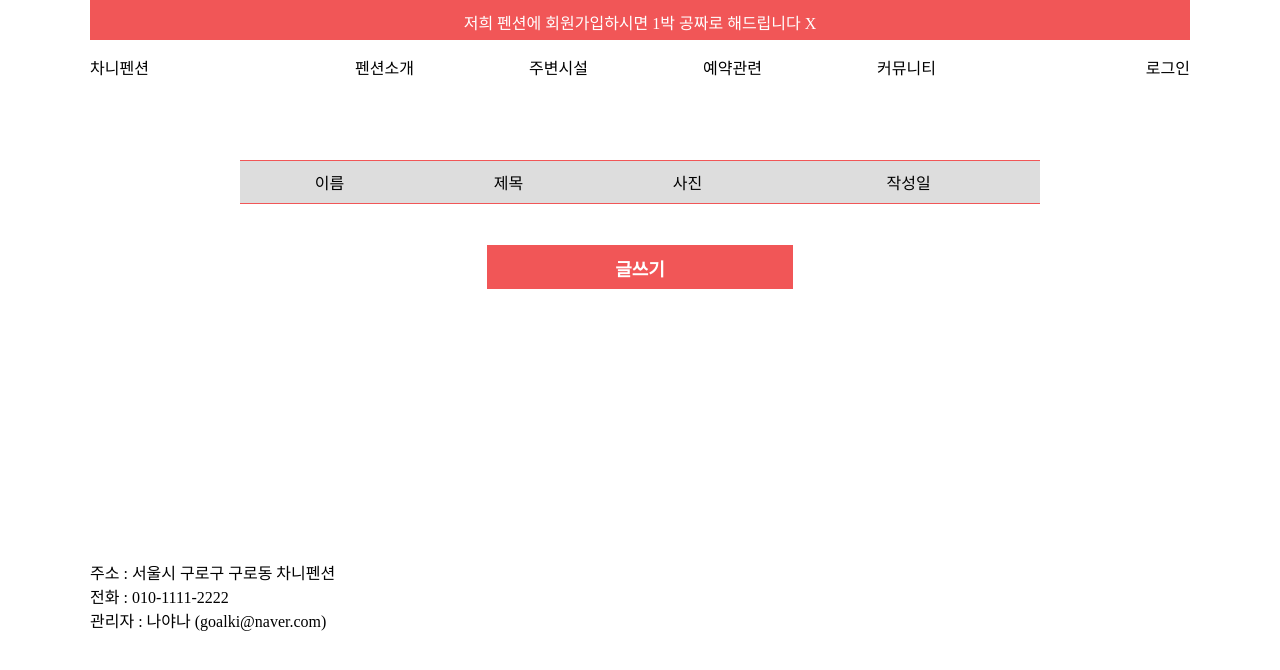
Repository: goalki/pension
Page: http://localhost/pension/tour/list.jsp
The author's editor kept a copy of each file at every save. The page is drawn from the files as they stood at one save, then again after the next save.
The browser window is 1280 px wide. The pictures show the whole page.
The page is served by Tomcat 9. Other server files are loaded and not shown. Queries for data that is not in the repository find no rows.

Above is the page before, as saved 2021-01-21 05:52:09.

### pension/WebContent/tour/list.jsp
<%@ page language="java" contentType="text/html; charset=UTF-8"
    pageEncoding="UTF-8"%>
<%@page import="java.sql.*" %>
<%@page import="pension.dto.TourDto" %>
<%@page import="pension.dao.Dao" %>
<%@page import="java.util.ArrayList" %>
<%@ taglib prefix="c" uri="http://java.sun.com/jsp/jstl/core" %>

<%
   Dao dao=new Dao();
   ArrayList<TourDto> list=dao.tour_list();
   pageContext.setAttribute("list", list);
   //out.print(list.size());
%>
<%@ include file="../top.jsp" %>


 <style>
  #section {
    width:1100px;
    height:400px;
    margin:auto;
    text-align:center;

    margin-top:60px;
  }
  #section tr:first-child {
    background:#dddddd;
  }
  #section td {
    height:40px;
    border:1px solid #f15657;
    border-left:none;
    border-right:none;
    border-bottom:none;
  }
  #section #link {
    margin-top:40px;
    display:inline-block;
    width:306px;
    height:34px;
    background:#f15657;
    color:white;
    font-size:18px;
    font-weight:900;
    padding-top:10px;
  }
 </style>
 <div id="section">
   <!-- 레코드 내용 출력 -->
   <table width="800" align="center" cellspacing="0">
     <tr>
       <td> 이름 </td>
       <td> 제목 </td>
       <td> 사진 </td>
       <td> 작성일 </td>
     </tr>
    <c:forEach var="tdto" items="${list}">
     <tr>
       <td> ${tdto.name} </td>
       <td> <a href="content.jsp?id=${tdto.id}"> ${tdto.title} </a> </td>
       <td> <img src="img/${tdto.fname}" width="50"> </td>
       <td> ${tdto.writeday}  </td>
     </tr>
     </c:forEach>
     <tr height="50">
      <td colspan="4" align="center"> <a href="write.jsp" id="link"> 글쓰기 </a> </td>
     </tr>
   </table>
 </div>

<%@ include file="../bottom.jsp" %>

### pension/WebContent/top.jsp
<%@ page language="java" contentType="text/html; charset=UTF-8"
    pageEncoding="UTF-8"%>
<%@ taglib prefix="c" uri="http://java.sun.com/jsp/jstl/core" %>

<!DOCTYPE html>
<html>       <!-- index.jsp -->
<head>
<meta charset="UTF-8">
<title>Insert title here</title>
  <style>
    body {
      margin:0px;
    }
    a {
      text-decoration:none;
      color:black;
    }
    a:hover {
      color:blue;
    }
    #first {  /* 광고관련 1층 */
      width:1100px;
      height:30px;
      margin:auto;
      background:#f15657;
      text-align:center;
      padding-top:10px;
      color:white;
    }
    #second {  /* 로고, 메뉴 2층 */
      width:1100px;
      height:60px;
      margin:auto;
    }
    #second #left {
      padding-top:15px;
      width:100px;
      float:left;
    }
    #second #right {
      padding-top:15px;
      width:1000px;
      float:right;
      text-align:right;
    }
    #second #right #menu {
      display:inline-block;
      width:170px;
      height:30px; /* 주메뉴의 높이를 줘야 됩니다 */
      position:relative;
    }
    #second #right #menu:last-child {
      width:250px;
    }
    #second #right #menu .sub {
      position:absolute;
      width:120px;
      left:88px;
      top:10px;
      background:white;
      padding-left:0px;
      visibility:hidden;
      padding-top:10px;

    }
    #second #right #menu .sub li {
      list-style-type:none;
      text-align:center; /* 서브메뉴의 글자 중앙 */
    }


  </style>
    <script src="http://code.jquery.com/jquery-latest.js"></script>
  <script>
    function view_sub(n)
    {
    	document.getElementsByClassName("sub")[n].style.visibility="visible";
    }
    function hide_sub(n)
    {
    	document.getElementsByClassName("sub")[n].style.visibility="hidden";
    }

    $(function()
    {
    	$("#ff").click(function()
    	{
    		$("#first").slideUp();

    	});
    });
  </script>
</head>
<body>
  <div id="first">
     저희 펜션에 회원가입하시면  1박 공짜로 해드립니다
   <span id="ff"  style="cursor:pointer"> X </span>
  </div>
  <div id="second">
     <div id="left"> <a href="../main/index.jsp"> 차니펜션 </a></div>
     <div id="right">
        <span id="menu" onmouseenter="view_sub(0)" onmouseleave="hide_sub(0)"> 펜션소개
        <!-- 부메뉴 -->
           <ul class="sub">
            <li> <a href="../sogae/sogae.jsp"> 우리펜션 </a> </li>
            <li> 오시는길 </li>
           </ul>
        </span>
        <span id="menu" onmouseenter="view_sub(1)" onmouseleave="hide_sub(1)"> 주변시설
        <!-- 부메뉴 -->
           <ul class="sub">
            <li> 만리포 </li>
            <li> 연포</li>
            <li> 채석정 </li>
           </ul>
        </span>
        <span id="menu" onmouseenter="view_sub(2)" onmouseleave="hide_sub(2)"> 예약관련
         <!-- 부메뉴 -->
           <ul class="sub">
            <li>  예약 규정 </a> </li>
            <li> <a href="../reserve/reserve.jsp"> 실시간 예약 </a> </li>
           </ul>
        </span>
        <span id="menu" onmouseenter="view_sub(3)" onmouseleave="hide_sub(3)"> 커뮤니티
        <!-- 부메뉴 -->
           <ul class="sub">
            <li> <a href="../tour/list.jsp"> 여행 후기  </a></li>
            <li> 자유게시판 </li>
           </ul>
        </span>
        <span id="menu">
          <!-- 로그인 전 -->
          <c:if test="${userid == null}">
           <a href="../login/login.jsp"> 로그인 </a>
          </c:if>
          <!-- 관리자 로그인 한 경우 -->
          <c:if test="${userid == 'admin'}">
           <a href="../admin/reserve_view.jsp"> 예약관리  </a> /
           <a href="../admin/member_view.jsp"> 회원관리 </a> /
           <a href="../login/logout.jsp"> 로그아웃 </a>
          </c:if>
          <!--  로그인 한 후 -->
          <c:if test="${userid != null and userid != 'admin'}">
            ${name}님!! <a href="../mypage/mypage.jsp"> 내정보 </a>  <a href="../login/logout.jsp"> 로그아웃 </a>
          </c:if>

        </span>
    </div>
  </div>
  <!-- 여기까지 1층과 2층  top.jsp -->

### pension/WebContent/bottom.jsp
<%@ page language="java" contentType="text/html; charset=UTF-8"
    pageEncoding="UTF-8"%>
 <style>
 #fifth {     /* 펜션소개 5층 */
      width:1100px;
      height:100px;
      margin:auto;
    }
 </style>
<!-- 여기부터 5층 => bottom.jsp -->
  <div id="fifth">
    주소 : 서울시 구로구 구로동 차니펜션 <br>
    전화 : 010-1111-2222 <br>
    관리자 : 나야나  (goalki@naver.com) <br>
  </div>

</body>
</html>

### pension/src/pension/dao/Dao.java
package pension.dao;

import java.sql.*;
import java.time.LocalDate;
import java.util.ArrayList;

import com.oreilly.servlet.MultipartRequest;

import pension.dto.MemberDto;
import pension.dto.ReserveDto;
import pension.dto.RoomDto;
import pension.dto.TourDto;

public class Dao {

	String db="jdbc:mysql://localhost:3306/pension";
	String userid="root";
    String pw="1234";
    Connection conn;
	public Dao() throws ClassNotFoundException, SQLException
	{
		Class.forName("com.mysql.jdbc.Driver"); // 기능은 무조건 메소드내에서 실행
		conn=DriverManager.getConnection(db,userid,pw);
	}
	// room 테이블의 전체내용을 가져오기
    public ArrayList<RoomDto> get_room() throws SQLException
    {
    	String sql="select name,id from room order by price asc";
    	Statement stmt=conn.createStatement();
    	ResultSet rs=stmt.executeQuery(sql);
    	ArrayList<RoomDto> list=new ArrayList<RoomDto>();
    	while(rs.next())
    	{
    		RoomDto rdto=new RoomDto();
    		rdto.setId(rs.getInt("id"));
    		rdto.setName(rs.getString("name"));
    		list.add(rdto);
    	}
    	/*
    	String sql="select name from room order by price asc";
    	Statement stmt=conn.createStatement();
    	ResultSet rs=stmt.executeQuery(sql);
    	ArrayList<String> list=new ArrayList<String>();
    	while(rs.next())
    	{
    		list.add(rs.getString("name"));
    	}
    	*/
    	return list;
    }

    // 사용자가 선택한 방의 정보를 가져오기
    public RoomDto select_room(String id) throws SQLException
    {
    	String sql="select * from room where id="+id;
    	Statement stmt=conn.createStatement();
    	ResultSet rs=stmt.executeQuery(sql);
    	rs.next();
    	RoomDto rdto=new RoomDto();
    	rdto.setId(rs.getInt("id"));
    	rdto.setName(rs.getString("name"));
    	rdto.setMax(rs.getInt("max"));
    	rdto.setMin(rs.getInt("min"));
    	rdto.setPrice(rs.getInt("price"));

    	return rdto;
    }

    public void insert(ReserveDto rdto,String userid) throws SQLException // reserve테이블에 입력값을 넣기
    {
    	// 쿼리 생성
    	String outday="date_add('"+rdto.getInday()+"', interval "+rdto.getSuk()+" day)";
    	String sql="insert into reserve(rid,name,phone,inday,outday";
    	sql=sql+",inwon1,inwon2,inwon3,bbq,pork,suk_price,etc_price,tot_price,writeday,userid) ";
    	sql=sql+" values(?,?,?,?,"+outday+",?,?,?,?,?,?,?,?,now(),?)";

    	// date_add('2021-01-05',interval 숙박일 day);
    	PreparedStatement pstmt=conn.prepareStatement(sql);
    	pstmt.setInt(1, rdto.getRid());
    	pstmt.setString(2, rdto.getName());
    	pstmt.setString(3, rdto.getPhone());
    	pstmt.setString(4, rdto.getInday());
    	//pstmt.setString(5, outday);
    	pstmt.setInt(5, rdto.getInwon1());
    	pstmt.setInt(6, rdto.getInwon2());
    	pstmt.setInt(7, rdto.getInwon3());
    	pstmt.setInt(8, rdto.getBbq());
    	pstmt.setInt(9, rdto.getPork());
    	pstmt.setInt(10, rdto.getSuk_price());
    	pstmt.setInt(11, rdto.getEtc_price());
    	pstmt.setInt(12, rdto.getTot_price());
    	pstmt.setString(13, userid);
    	pstmt.executeUpdate();
    	//System.out.println(pstmt.toString());
    	conn.close();
    }

    public ReserveDto get_reserve(String userid) throws SQLException // 방금 예약한 정보를 가져오는 메소드(1개의 레코드)
    {
    	String sql="select * from reserve where userid='"+userid+"' order by id desc limit 1";
    	Statement stmt=conn.createStatement();
    	ResultSet rs=stmt.executeQuery(sql);
    	rs.next();
    	ReserveDto rdto=new ReserveDto();
    	rdto.setId(rs.getInt("id"));
    	rdto.setRid(rs.getInt("rid"));
    	rdto.setName(rs.getString("name"));
    	rdto.setPhone(rs.getString("phone"));
    	rdto.setInday(rs.getString("inday"));
    	rdto.setOutday(rs.getString("outday"));
    	rdto.setInwon1(rs.getInt("inwon1"));
    	rdto.setInwon2(rs.getInt("inwon2"));
    	rdto.setInwon3(rs.getInt("inwon3"));
    	rdto.setBbq(rs.getInt("bbq"));
    	rdto.setPork(rs.getInt("pork"));
    	rdto.setSuk_price(rs.getInt("suk_price"));
    	rdto.setEtc_price(rs.getInt("etc_price"));
    	rdto.setTot_price(rs.getInt("tot_price"));
    	rdto.setWriteday(rs.getString("writeday"));

    	// 방이름 가져오기
    	sql="select name from room where id="+rdto.getRid();
    	rs=stmt.executeQuery(sql);
    	rs.next();
    	rdto.setRoomname(rs.getString("name"));
    	return rdto;

    }

    public int room_state(String rid, String xday) throws SQLException// y-m-d형태의 값과 room의 id(rid)값을 받아서 예약이 되었는지를 int값으로 가져온다..
    {
    	String sql="select count(*) as cnt from reserve where inday <= ?  and outday > ? and rid=? ";
    	PreparedStatement pstmt=conn.prepareStatement(sql);
    	pstmt.setString(1, xday);
    	pstmt.setString(2, xday);
    	pstmt.setString(3, rid);
    	ResultSet rs=pstmt.executeQuery();
    	rs.next();

    	return rs.getInt("cnt");
    }

    public int suk_check(String y,String m, String d, String rid) throws SQLException
    {
        int yy=Integer.parseInt(y);
        int mm=Integer.parseInt(m);
        int dd=Integer.parseInt(d);
    	LocalDate inday=LocalDate.of(yy, mm, dd);
    	int chk=0;

    	for(int i=1;i<=8;i++)
    	{
    	  LocalDate xday=inday.plusDays(i);
    	  chk=i;
    	  String sql="select * from reserve where inday <= ? and outday > ? and rid=?";
    	  PreparedStatement pstmt=conn.prepareStatement(sql);
          pstmt.setString(1, xday.toString());
          pstmt.setString(2, xday.toString());
          pstmt.setString(3, rid);

    	  ResultSet rs=pstmt.executeQuery();
          if(rs.next())  // 레코드 있으면 true, 없으면 false
          {
        	break;// 멈춘다!!
          }

    	} // for문의 끝

    	return chk; // 몇박을 나타낼지!!
    }

    public void member_ok(MemberDto mdto) throws SQLException
    {
    	String sql="insert into member(name,userid,pwd,phone,writeday) ";
    	sql=sql+" values(?,?,?,?,now())";
    	PreparedStatement pstmt=conn.prepareStatement(sql);
        pstmt.setString(1, mdto.getName());
        pstmt.setString(2, mdto.getUserid());
        pstmt.setString(3, mdto.getPwd());
        pstmt.setString(4, mdto.getPhone());

        pstmt.executeUpdate();

        conn.close();

    }

    public boolean ismember(String userid, String pwd) throws SQLException // 회원인지 아닌지  true, false
    {
    	String sql="select * from member where userid=? and pwd=?";
    	PreparedStatement pstmt=conn.prepareStatement(sql);
    	pstmt.setString(1, userid);
    	pstmt.setString(2, pwd);

    	ResultSet rs=pstmt.executeQuery(); // 레코드가 있든지, 없든지

		/*
		 * if(rs.next()) return true; else return false;
		 */
    	return rs.next();
    }

    public int isuserid(String userid) throws SQLException
    {
    	String sql="select count(*) as num from member where userid='"+userid+"'";
    	Statement stmt=conn.createStatement();
    	ResultSet rs=stmt.executeQuery(sql);
    	rs.next();
    	// 아이디가 존재하면 1, 아니면 0
    	return rs.getInt("num");
    }

    public MemberDto mypage(String userid) throws SQLException
    {
    	String sql="select * from member where userid='"+userid+"'";
    	Statement stmt=conn.createStatement();
    	ResultSet rs=stmt.executeQuery(sql);
    	rs.next();
    	MemberDto mdto=new MemberDto();
    	mdto.setName(rs.getString("name"));
    	mdto.setPhone(rs.getString("phone"));

    	return mdto;
    }

    public ArrayList<ReserveDto> my_reserve(String userid) throws SQLException
    {
    	String sql="select r2.name,r1.inday,r1.outday,r1.bbq,r1.pork";
    	sql=sql+",r1.writeday from reserve as r1, room as r2 ";
    	sql=sql+" where r1.rid=r2.id and userid='"+userid+"'";
    	System.out.println(sql);
    	Statement stmt=conn.createStatement();
    	ResultSet rs=stmt.executeQuery(sql);
    	ArrayList<ReserveDto> list=new ArrayList<ReserveDto>();
    	while(rs.next())
    	{
    	  ReserveDto rdto=new ReserveDto();
    	  rdto.setRoomname(rs.getString("name"));
    	  rdto.setInday(rs.getString("inday"));
    	  rdto.setOutday(rs.getString("outday"));
       	  rdto.setBbq(rs.getInt("bbq"));
    	  rdto.setPork(rs.getInt("pork"));
    	  rdto.setWriteday(rs.getString("writeday"));

    	  list.add(rdto);
    	}

    	return list;
    }

    public String get_name(String userid) throws SQLException
    {
    	String sql="select name from member where userid='"+userid+"'";
    	Statement stmt=conn.createStatement();
    	ResultSet rs=stmt.executeQuery(sql);
    	rs.next();
    	return rs.getString("name");
    }

    // 아이디찾기
    public String userid_search(String name, String phone) throws SQLException
    {
    	String sql="select userid from member where name=? and phone=?";
    	PreparedStatement pstmt=conn.prepareStatement(sql);
    	pstmt.setString(1, name);
    	pstmt.setString(2, phone);
    	ResultSet rs=pstmt.executeQuery();
    	if(rs.next())
    	{
    		return rs.getString("userid");
    	}
    	else
    	{
    		return "0";
    	}

    }

    // 비밀번호 찾기
    public String pwd_search(String userid, String name, String phone) throws SQLException
    {
    	String sql="select pwd from member where name=? and phone=? and userid=?";
    	PreparedStatement pstmt=conn.prepareStatement(sql);
    	pstmt.setString(1, name);
    	pstmt.setString(2, phone);
    	pstmt.setString(3, userid);
    	ResultSet rs=pstmt.executeQuery();
    	if(rs.next())
    	{
    		return rs.getString("pwd");
    	}
    	else
    	{
    		return "0";
    	}
    }


    // 관리자가 reserve테이블에 읽어오기
    public ArrayList<ReserveDto> admin_reserve() throws SQLException
    {
    	String sql="select r1.name, r1.phone, r2.name as roomname,r1.inday,r1.outday,r1.bbq,r1.pork";
    	sql=sql+",r1.writeday from reserve as r1, room as r2 ";
    	sql=sql+" where r1.rid=r2.id order by r1.id desc";
    	//System.out.println(sql);
    	Statement stmt=conn.createStatement();
    	ResultSet rs=stmt.executeQuery(sql);
    	ArrayList<ReserveDto> list=new ArrayList<ReserveDto>();
    	while(rs.next())
    	{
    	  ReserveDto rdto=new ReserveDto();
    	  rdto.setName(rs.getString("name"));
    	  rdto.setPhone(rs.getString("phone"));
    	  rdto.setRoomname(rs.getString("roomname"));
    	  rdto.setInday(rs.getString("inday"));
    	  rdto.setOutday(rs.getString("outday"));
       	  rdto.setBbq(rs.getInt("bbq"));
    	  rdto.setPork(rs.getInt("pork"));
    	  rdto.setWriteday(rs.getString("writeday"));

    	  list.add(rdto);
    	}

    	return list;
    }

    public ArrayList<MemberDto> admin_member() throws SQLException
    {
    	String sql="select * from member where userid != 'admin' order by name asc";
    	Statement stmt=conn.createStatement();
    	ResultSet rs=stmt.executeQuery(sql);
    	ArrayList<MemberDto> list=new ArrayList<MemberDto>();
    	while(rs.next())
    	{
    	   	MemberDto mdto=new MemberDto();
    	   	mdto.setName(rs.getString("name"));
    	   	mdto.setUserid(rs.getString("userid"));
    	   	mdto.setPhone(rs.getString("phone"));
    	   	mdto.setWriteday(rs.getString("writeday"));
    	   	mdto.setState(rs.getInt("state"));

    	   	list.add(mdto);
    	}

    	return list;
    }

    public String get_name_phone(String userid) throws SQLException
    {
    	String sql="select name,phone from member where userid='"+userid+"'";
    	Statement stmt=conn.createStatement();
    	ResultSet rs=stmt.executeQuery(sql);
    	rs.next();
    	String np=rs.getString("name")+","+rs.getString("phone");
    	return np;
    }

    public void tour_write_ok(TourDto tdto) throws SQLException
    {
    	String sql="insert into tour(title,name,content,fname,writeday)";
        sql=sql+" values(?,?,?,?,now())";

		PreparedStatement pstmt=conn.prepareStatement(sql);
		pstmt.setString(1, tdto.getTitle());
		pstmt.setString(2, tdto.getName());
		pstmt.setString(3, tdto.getContent());
		pstmt.setString(4, tdto.getFname());

		pstmt.executeUpdate();

    }

    public ArrayList<TourDto> tour_list() throws SQLException
    {
        String sql="select * from tour order by id desc";
        Statement stmt=conn.createStatement();
        ResultSet rs=stmt.executeQuery(sql);

        ArrayList<TourDto> list=new ArrayList<TourDto>();
    	while(rs.next())
    	{
    	   	TourDto tdto=new TourDto();
    	   	tdto.setName(rs.getString("name"));
    	   	tdto.setTitle(rs.getString("title"));
    	   	tdto.setFname(rs.getString("fname"));
    	   	tdto.setWriteday(rs.getString("writeday"));
  	   	    tdto.setId(rs.getInt("id"));

    	   	list.add(tdto);
    	}
    	System.out.println(list.size());
    	return list;
    }

    public TourDto tour_content(String id) throws SQLException
    {
    	String sql="select * from tour where id="+id;
        Statement stmt=conn.createStatement();
        ResultSet rs=stmt.executeQuery(sql);
        rs.next();
    	TourDto tdto=new TourDto();
    	tdto.setName(rs.getString("name"));
    	tdto.setTitle(rs.getString("title"));
    	tdto.setFname(rs.getString("fname"));
    	tdto.setWriteday(rs.getString("writeday"));
  	   	tdto.setId(rs.getInt("id"));
  	   	tdto.setContent(rs.getString("content"));

    	return tdto;
    }
}

After the next save:
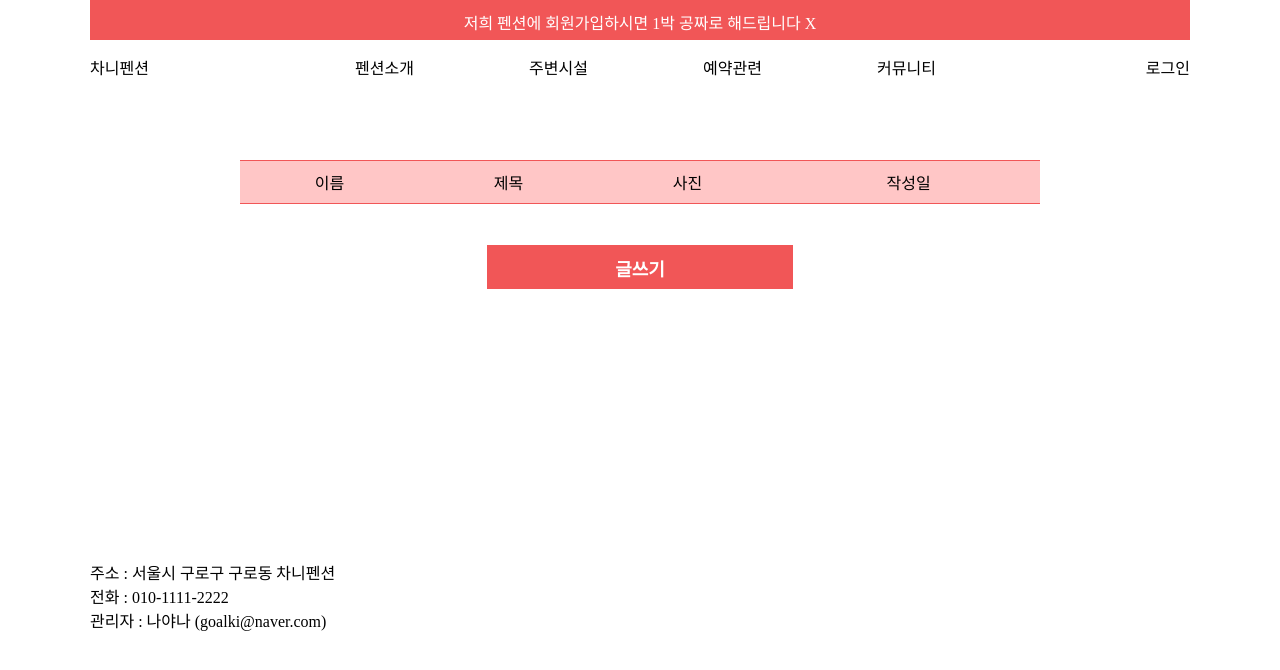
Saved 61 s later.
--- a/pension/WebContent/tour/list.jsp
+++ b/pension/WebContent/tour/list.jsp
@@ -25,7 +25,7 @@
     margin-top:60px;
   }
   #section tr:first-child {
-    background:#dddddd;
+    background:#FFC6C6;
   }
   #section td {
     height:40px;
